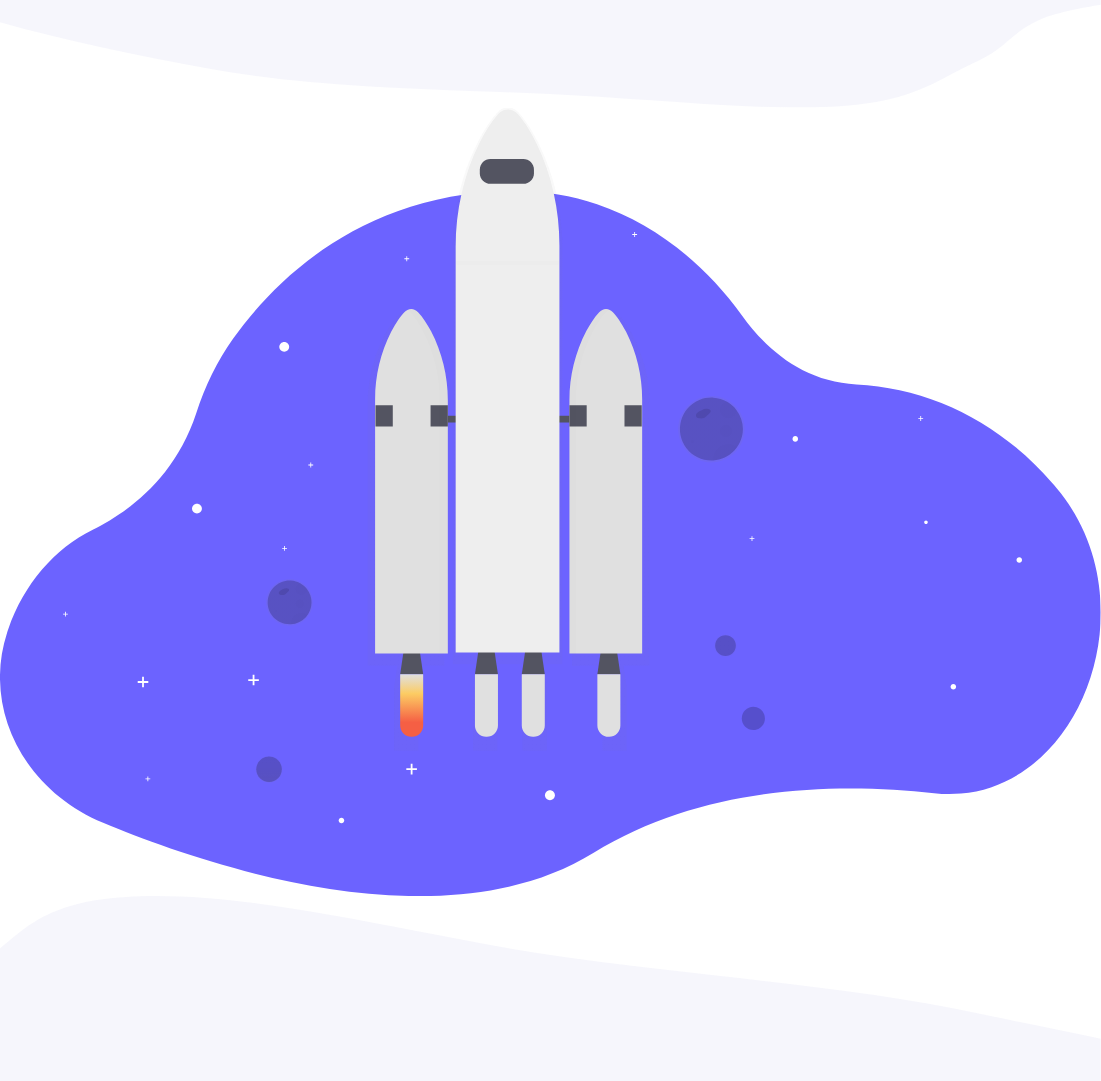
Repository: BrunoBross/countdown
Page: index.html
These files come from the project's save history. The page is drawn as it stood at one moment and after the next save; the edit follows.
The browser window is 1280 px wide. The pictures show the whole page, at 86% of full size.

Above is the page before, as saved 2021-11-30 00:32:08.

After the next save:
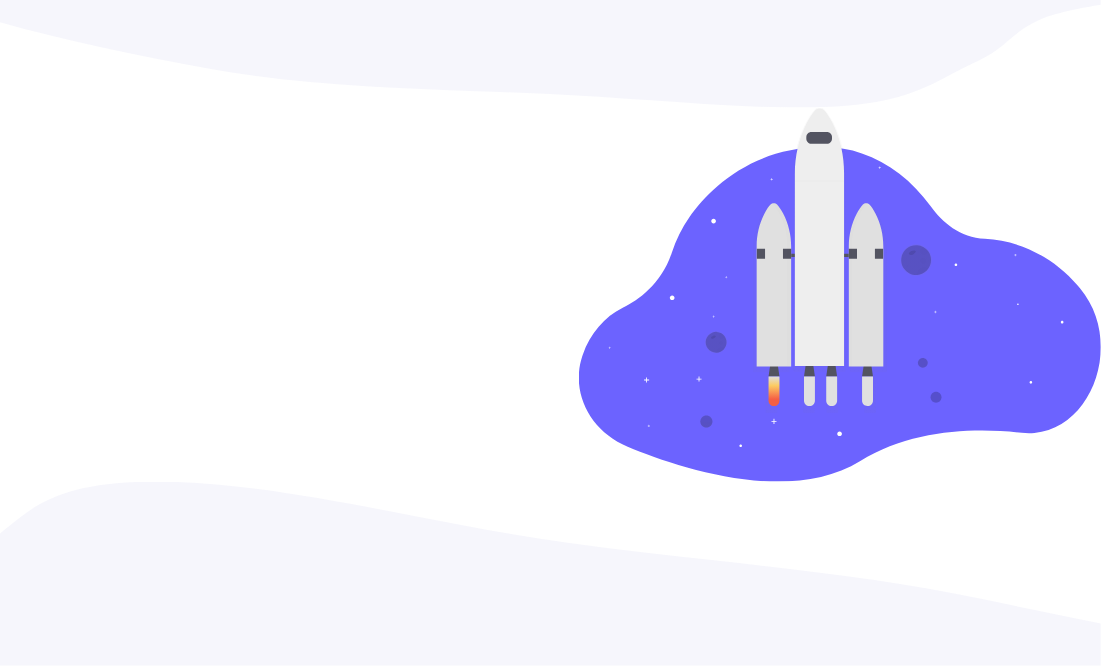
Saved 10 s later.
--- a/style.css
+++ b/style.css
@@ -12,6 +12,7 @@
   display: flex;
   flex-direction: column;
   justify-content: space-between;
+  align-items: flex-end;
 }
 
 .image{

After the save that followed:
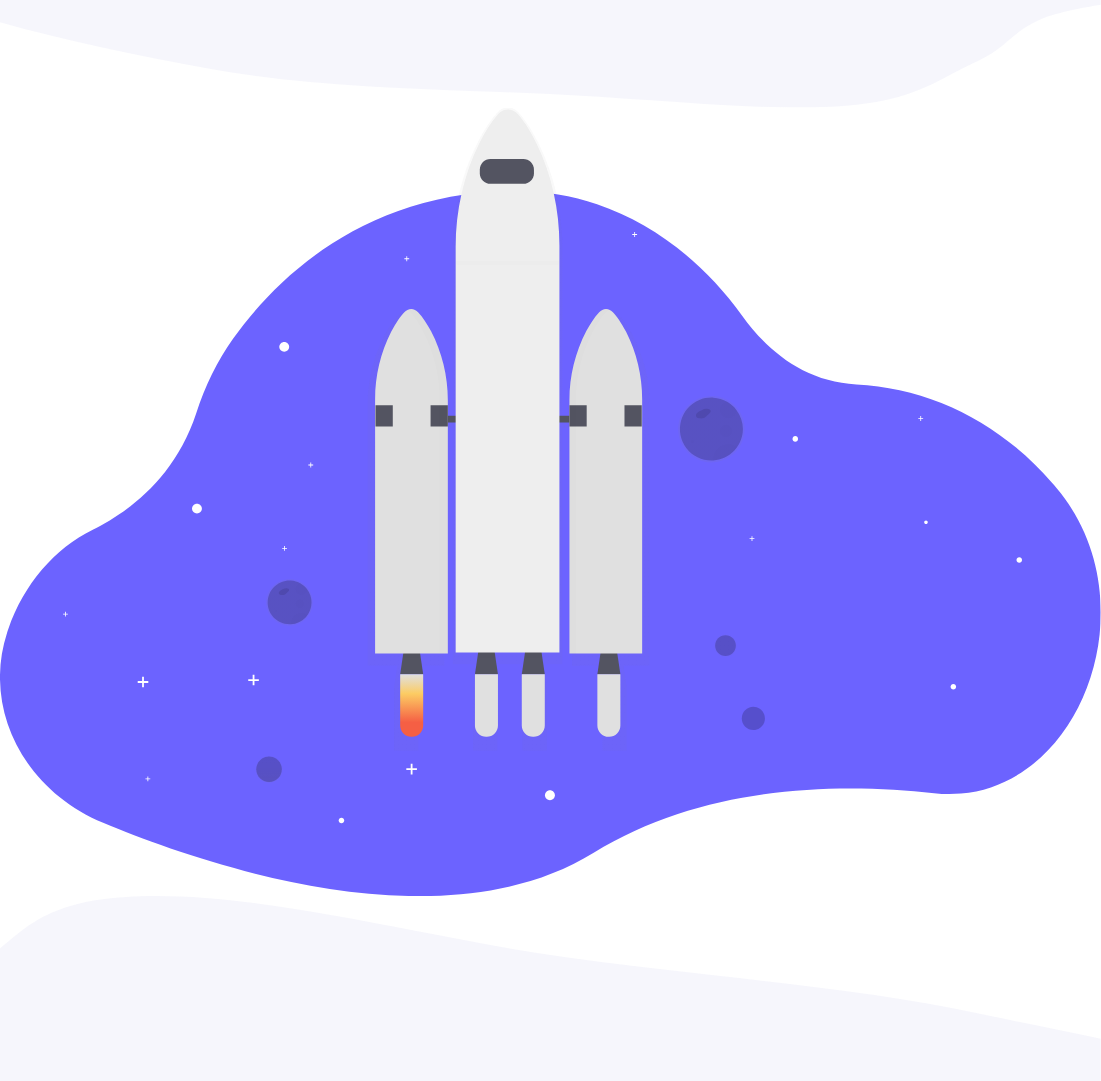
Saved 7 s later.
--- a/style.css
+++ b/style.css
@@ -12,7 +12,6 @@
   display: flex;
   flex-direction: column;
   justify-content: space-between;
-  align-items: flex-end;
 }
 
 .image{
